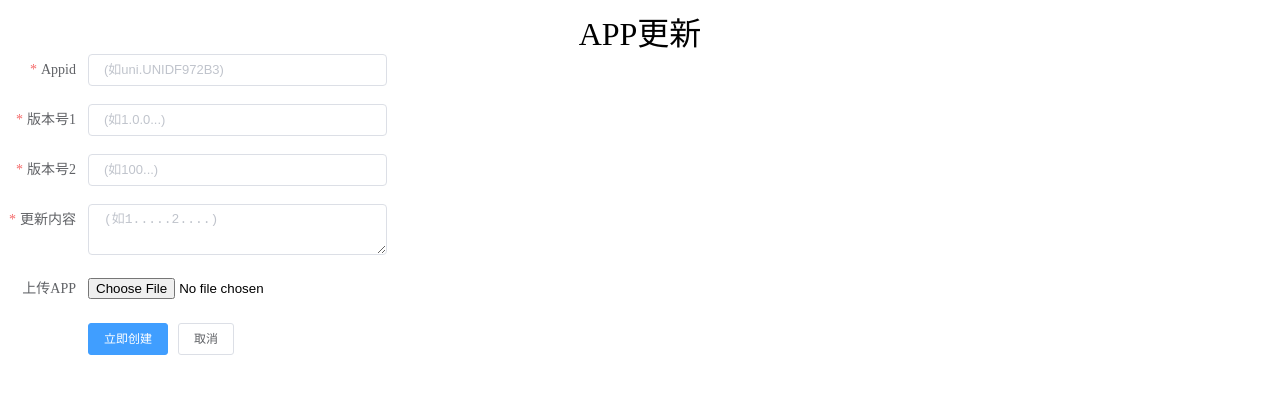
Repository: wfj01/Qmhht
Page: /#/
The author's editor kept a copy of each file at every save. The page is drawn from the files as they stood at one save, then again after the next save.
The browser window is 1280 px wide. The pictures show the whole page.
The project was rebuilt for these pictures with package versions that can differ from the ones it lists, and the page was loaded fresh each time. Also part of the build but not shown: src/components/HelloWorld.vue, src/view/msite.vue, src/view/index/index.vue, src/view/index/home/home.vue, src/view/login/login.vue, src/components/add/adduser.vue, src/view/table/table.vue.

Above is the page before, as saved 2021-01-16 16:51:33.
Console error: TypeError: Cannot read properties of undefined (reading 'protocol')

### src/main.js
// The Vue build version to load with the `import` command
// (runtime-only or standalone) has been set in webpack.base.conf with an alias.
import Vue from 'vue'
import App from './App'
import router from './router'
import Element  from 'element-ui';
import 'element-ui/lib/theme-chalk/index.css';
import axios from 'axios'
axios.defaults.headers.post['Content-Type'] = 'application/json';
Vue.prototype.$ajax = axios
Vue.use( axios)
Vue.use(Element, { size: 'small', zIndex: 3000 });

Vue.config.productionTip = false

/* eslint-disable no-new */
new Vue({
  el: '#app',
  router,
  components: { App },
  template: '<App/>'
})

### src/router/index.js
import Vue from 'vue'
import Router from 'vue-router'
import HelloWorld from '@/components/HelloWorld'
import MsitePage from '@/view/msite'
import IndexPage from '@/view/index/index'
import HomePage from '@/view/index/home/home'
import LoginPage from '@/view/login/login'
import TablePage from '@/view/table/table'
import UploadFile from  '@/view/uploadfile/index'
//申明使用插件
Vue.use(Router)

export default new Router({
  routes:[
    {
      path:'/index',
      name:"IndexPage",
      component: IndexPage,
      meta: {
        showFooter: true
      }
    },
    {
      path:'/home',
      component:HomePage,
      meta: {
        showFooter: true
      }
    },
    {
      path:'/Login',
      component:LoginPage,
      meta: {
        showFooter: false
      }
    },
    {
      path:'/Table',
      name:"TablePage",
      component:TablePage,
      meta: {
        showFooter: false
      }
    },
    {
      path:'/',
      name:"UploadFile",
      component:UploadFile,
      meta: {
        showFooter: false
      }
    },
    {
      path: '/MsitePage',
      component:MsitePage,
    }
  ]
})

### src/view/uploadfile/index.vue
<template>
  <div>
    <div class="title">APP更新</div>
    <el-form
      class="elform"
      ref="form"
      :rules="rules"
      :model="form"
      label-width="80px"
    >
      <el-form-item label="Appid" prop="appid">
        <el-input
          v-model="form.appid"
          placeholder="(如uni.UNIDF972B3)"
        ></el-input>
      </el-form-item>
      <el-form-item label="版本号1" prop="version">
        <el-input v-model="form.version" placeholder="(如1.0.0...)"></el-input>
      </el-form-item>
      <el-form-item label="版本号2" prop="versionnumber">
        <el-input
          v-model="form.versionnumber"
          placeholder="(如100...)"
        ></el-input>
      </el-form-item>
      <el-form-item label="更新内容" prop="note">
        <el-input
          type="textarea"
          :rows="2"
          placeholder="(如1.....2....)"
          v-model="form.note"
        >
        </el-input>
      </el-form-item>
      <el-form-item label="上传APP">
        <input type="file" @change="getFile($event)" />
      </el-form-item>
      <el-form-item>
        <el-button type="primary" @click="submit('form')">立即创建</el-button>
        <el-button @click="resetForm('form')">取消</el-button>
      </el-form-item>
    </el-form>
  </div>
</template>

<script>
import axios from "axios";
export default {
  data() {
    return {
      //文件
      file: "",
      file2: "",
      form: {
        appid: "",
        version: "",
        versionnumber: "",
        note: "",
      },
      rules: {
        appid: [
          { required: true, message: "请输入软件的Appid", trigger: "blur" },
        ],
        version: [
          { required: true, message: "请输入软件的版本号", trigger: "blur" },
        ],
        versionnumber: [
          { required: true, message: "请输入版本号简写", trigger: "blur" },
        ],
        note: [{ required: true, message: "请输入更新内容", trigger: "blur" }],
      },
    };
  },
  methods: {
    changenote(e) {
      console.log("this.note", this.note);
    },
    getFile(event) {
      this.file = event.target.files[0];
      console.log(this.file);
    },
    getFile2(event) {
      this.file2 = event.target.files[0];
      console.log(this.file2);
    },
    resetForm(formName) {
      this.$refs[formName].resetFields();
    },
    submit(formName) {
      var notetext = this.form.note.replace(/\n/g, "<br/>");
      console.log(" this.note", notetext);
      this.$refs[formName].validate((valid) => {
        if (valid) {
          let formData = new FormData();
          // 向 formData 对象中添加文件
          formData.append("file", this.file);
          this.$ajax({
            method: "post",
            url:
              "http://localhost:33527/MultiFileAppUpload?appid=" +
              this.form.appid +
              "&version=" +
              this.form.version +
              "&versionnum=" +
              this.form.versionnumber +
              "&note=" +
              notetext,
            data: formData,
          }).then((res) => {
            console.log("res", res);
          });
        } else {
          console.log("error submit!!");
          return false;
        }
      });
    },
  },
};
</script>

<style scoped>
.elform {
  width: 30%;
}
.title {
  font-size: 2rem;
  font-weight: 500;
  text-align: center;
  font-family: "楷体";
}
</style>

Loaded but not shown: index.html (common file); src/App.vue (common file)

After the next save:
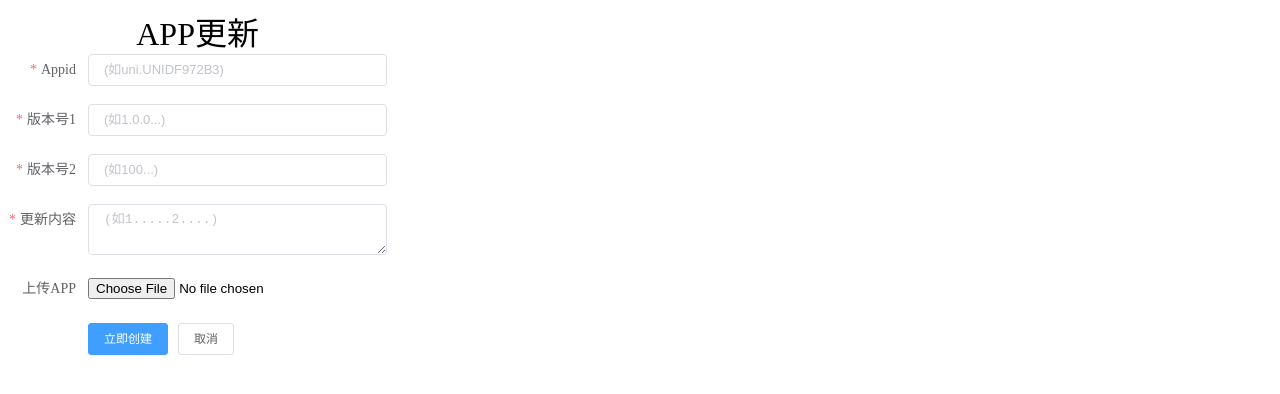
Saved 16 s later.
--- a/src/view/uploadfile/index.vue
+++ b/src/view/uploadfile/index.vue
@@ -1,6 +1,5 @@
 <template>
   <div>
-    <div class="title">APP更新</div>
     <el-form
       class="elform"
       ref="form"
@@ -8,6 +7,7 @@
       :model="form"
       label-width="80px"
     >
+    <div class="title">APP更新</div>
       <el-form-item label="Appid" prop="appid">
         <el-input
           v-model="form.appid"
